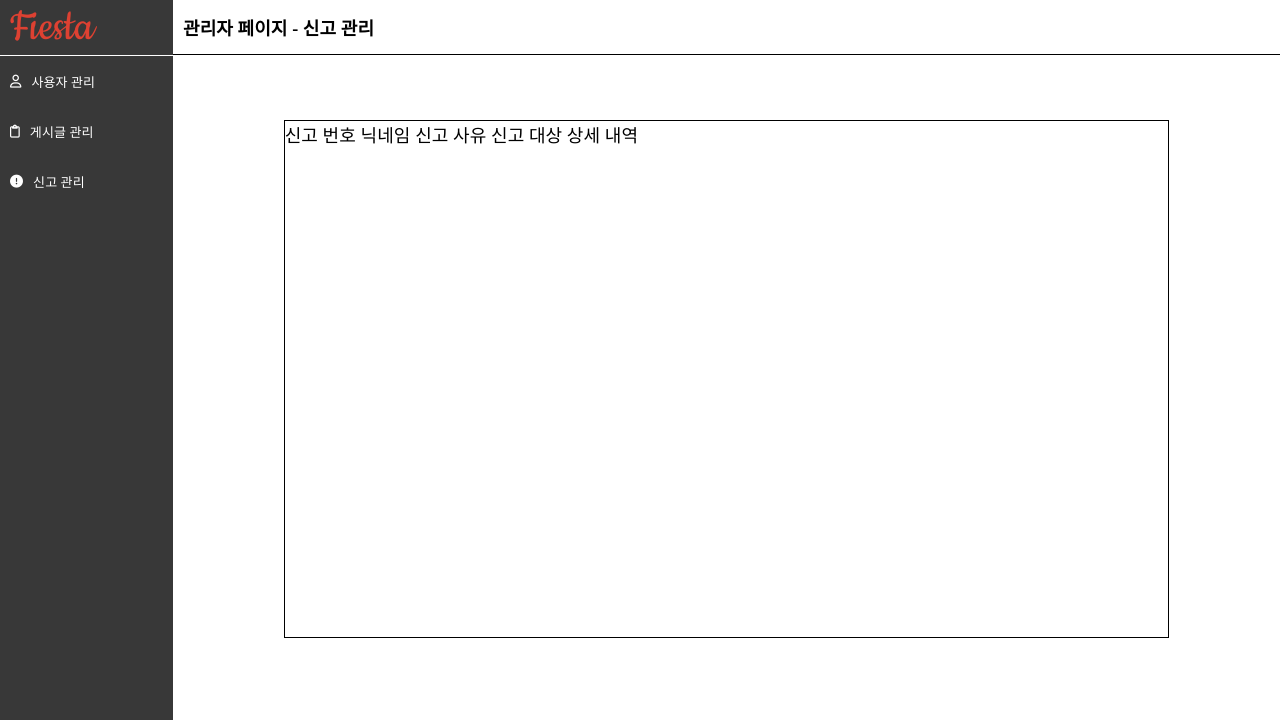
Repository: SNSFiestaTeam/Fiesta
Page: Fiesta/src/main/webapp/html/management/management-report.html
The author's editor kept a copy of each file at every save. The page is drawn from the files as they stood at one save, then again after the next save.
The browser window is 1280 px wide. The pictures show the whole page.
Some web fonts or font styles are not loaded; a fallback is used. Some web libraries are served in a nearby version.

Above is the page before, as saved 2022-12-06 12:18:05.

### Fiesta/src/main/webapp/html/management/management-report.html
<!DOCTYPE html>
<html lang="en">
<head>
  <meta charset="UTF-8">
  <meta http-equiv="X-UA-Compatible" content="IE=edge">
  <meta name="viewport" content="width=device-width, initial-scale=1.0">
  <link rel="stylesheet" href="../../resources/css/common-style.css">
  <link rel="stylesheet" href="../../resources/css/management/management.css">
  <script
      src="https://kit.fontawesome.com/591746f9e8.js"
      crossorigin="anonymous"
    ></script>
  <title>관리자페이지</title>
</head>
<body>
  <sidebar class="sidebar">
    <span class="title">Fiesta</span>
    <a href="#" class="bar-item button"><i class="fa-regular fa-user"></i> 사용자 관리</a>
    <a href="#" class="bar-item button"><i class="fa-regular fa-clipboard"></i>게시글 관리</a>
    <a href="#" class="bar-item button"><i class="fa-solid fa-circle-exclamation"></i>신고 관리</a>
  </sidebar>

  <main class ="management-container">

    <div class="management-title">
      <h1>관리자 페이지 - 신고 관리</h1>
    </div>

    <div class="management-content">
      <section class="report-container">
        <div class="row">
          <span>신고 번호</span>
          <span>닉네임</span>
          <span>신고 사유</span>
          <span>신고 대상</span>
          <span>상세 내역</span>
        </div>
      </section>
    </div>

  </main>


  <script src="/resources/js/management/management.js"></script>
</body>
</html>

### Fiesta/src/main/webapp/resources/css/common-style.css
@import url('https://fonts.googleapis.com/css2?family=Noto+Sans+KR:wght@100;300;400;500;700;900&display=swap');
@import url('https://fonts.googleapis.com/css2?family=Chewy&display=swap');
@import url('https://fonts.googleapis.com/css2?family=Leckerli+One&display=swap');
@import url('https://fonts.googleapis.com/css2?family=Cookie&display=swap');
@import './root-style.css';
@import url('https://fonts.googleapis.com/css2?family=Nanum+Gothic:wght@400;700;800&display=swap');
@import url('https://fonts.googleapis.com/css2?family=IBM+Plex+Sans+KR:wght@100;200;300;400;500&display=swap');

@font-face {
  font-family: 'NanumSquareNeo-Variable';
  src: url('https://cdn.jsdelivr.net/gh/projectnoonnu/noonfonts_11-01@1.0/NanumSquareNeo-Variable.woff2') format('woff2');
  font-weight: normal;
  font-style: normal;
}

@font-face {
  font-family: 'NanumBarunGothic';
  font-style: normal;
  font-weight: 400;
  src: url('//cdn.jsdelivr.net/font-nanumlight/1.0/NanumBarunGothicWeb.eot');
  src: url('//cdn.jsdelivr.net/font-nanumlight/1.0/NanumBarunGothicWeb.eot?#iefix') format('embedded-opentype'), url('//cdn.jsdelivr.net/font-nanumlight/1.0/NanumBarunGothicWeb.woff') format('woff'), url('//cdn.jsdelivr.net/font-nanumlight/1.0/NanumBarunGothicWeb.ttf') format('truetype');
 }

 @font-face {
  font-family: 'S-CoreDream-3Light';
  src: url('https://cdn.jsdelivr.net/gh/projectnoonnu/noonfonts_six@1.2/S-CoreDream-3Light.woff') format('woff');
  font-weight: normal;
  font-style: normal;
}

@font-face {
  font-family: 'SUIT-Regular';
  src: url('https://cdn.jsdelivr.net/gh/projectnoonnu/noonfonts_suit@1.0/SUIT-Regular.woff2') format('woff2');
  font-weight: normal;
  font-style: normal;
}
/* 전체 적용 스타일 */
* {
  margin: 0;
  padding: 0;
  box-sizing: border-box;
  list-style: none;
  /* font-family: 'Noto Sans KR', sans-serif; */
  /* font-family: 'Nanum Gothic', sans-serif; */
  /* font-family: 'IBM Plex Sans KR', sans-serif; */
  font-family: 'NanumSquareNeo-Variable';
  /* font-family: 'NanumBarunGothic'; */
  /* font-family: 'SUIT-Regular'; */
  letter-spacing: 0.1px;
}

a {
  text-decoration: none;
  color: black;
}

body {
  width: vw;
  font-size: 18px;
}

button {
  border: none;
  background-color: white;
}

footer {
  width: 100%;
  height: 134px;
  color: gray;
  font-size: var(--small-font-size);
  padding-bottom: 40px;

  display: flex;
  flex-direction: column;
  justify-content: space-around;
  align-items: center;
}

footer a {
  color: gray;
}

header {
  width: 100%;
  height: 60px;
  border-bottom: 1px solid #ccc;

  position: sticky;
  top: 0;
  background-color: white;

  display: flex;
  justify-content: center;
  z-index: 2;
}

header > section {
  width: 1000px;
  padding: 0 20px;

  display: flex;
  justify-content: space-between;
  align-items: center;
}

.logo-section a {
  font-family: 'Cookie', cursive;
  /* font-family: 'Chewy', cursive; */
  color: #dd4132;
  font-size: 50px;
  width: 120px;
  height: auto;
}

#logo {
  width: 120px;
  height: auto;
}

.search-section {
  width: 50%;

  display: flex;
  justify-content: center;
}

.search-section fieldset {
  height: 36px;
  width: 90%;
  background-color: --main-font-color;
  border: none;
  border-radius: 5px;

  display: flex;
  justify-content: center;
  align-items: center;
}

.search-section fieldset input {
  width: 200px;
}

#searchX {
  display: flex;
  justify-content: center;
  align-items: center;

  border-radius: 50%;

  display: none;
}

#searchX > i {
  background-color: #ccc;
  display: block;
  width: 15px;
  height: 15px;
  border-radius: 50%;
  font-size: 10px;

  display: flex;
  justify-content: center;
  align-items: center;
  color: white;
}

.search-section fieldset:focus-within > #search-glass {
  display: none;
}

.search-section fieldset:focus-within > #searchX {
  display: inline;
}

.search-section fieldset > input {
  height: 25px;
  border: none;
  outline: none;
  font-size: var(--madium-font-size);

  flex-basis: 80%;
}

.search-section fieldset > button {
  height: 25px;
  margin-right: 10px;
  font-size: 16px;
  color: var(--main-font-color);

  flex-basis: 10%;
}

nav {
  min-width: 300px;
}

nav > ul {
  font-size: var(--large-icon-size);

  display: flex;
  justify-content: space-between;
}

nav li {
  margin-left: 10px;
  flex-shrink: 0;

  text-align: center;
}

nav li > button {
  width: 100%;
  height: 100%;
  font-size: var(--large-icon-size);
}

nav li > button:active {
  color: var(--main-font-color);
}

nav li > a:active {
  color: var(--main-font-color);
}

nav i {
  flex-shrink: 0;
}

#searchBtn {
  display: none;
}

.toggle-search-section {
  display: none;
}

@media screen and (min-width: 1024px) {
  /* Desktop */
}

@media screen and (min-width: 471px) and (max-width: 1023px) {
  /* Tablet */
}

@media screen and (max-width: 780px) {
  .search-section > form {
    display: none;
  }

  #searchBtn {
    display: inline;
  }

  .toggle-search-section {
    width: 100vw;
    height: 80px;

    position: sticky;
    top: 60px;

    display: flex;
    justify-content: center;
    align-items: center;
    z-index: 40;
    display: none;
  }

  .toggle-search-section fieldset {
    height: 38px;
    width: 100%;
    background-color: #ffffff90;
    border: 1px solid #8e8e8e;
    border-radius: 5px;
    padding-left: 10px;

    display: flex;
    justify-content: center;
    align-items: center;
  }

  .toggle-search-section fieldset > input {
    height: 100%;
    width: 100%;
    border: none;
    outline: none;
    font-size: var(--madium-font-size);
    background-color: #ffffff00;

    flex-basis: 80%;
  }

  .toggle-search-section fieldset > button {
    height: 30px;
    margin-right: 10px;
    font-size: 16px;
    color: var(--fiesta-color);
    background-color: #ffffff00;

    flex-basis: 10%;
  }
}

@media screen and (max-width: 470px) {
  /* mobile */

  html {
    width: 100%;
  }

  body {
    width: vw;
  }

  footer {
    display: none;
  }

  #header-section {
    width: vw;
  }

  #newPost {
    width: 60px;
    height: 60px;
    border: 2px solid #8e8e8e;
    border-radius: 50%;
    background-color: white;
    display: flex;
    justify-content: center;
    align-items: center;

    font-size: 30px;

    position: fixed;
    bottom: 20px;
    right: 10px;
  }
}

#header-menu-toggle{
  display: none;
}

label[for='header-menu-toggle'] {
  cursor: pointer;
}

/* 체크박스 다음 div */
#toggle-menu{
  display: none;
}

/* 체크박스가 체크된 경우 다음 div */
#header-menu-toggle:checked + div{
  display: block;
}

.header-menu-parent{
  position: relative;
}

#toggle-menu{
  position: absolute;
  top: 30px;
  right: -10px;
  z-index: 500;
  width: 150px;
  height: 100px;
  background-color: white;
  box-shadow: 0px 0px 1px gray;
  border-radius: 6px;
}


#toggle-menu > a{
  display: flex;
  height: 50%;
  justify-content: center;
  align-items: center;
  font-size: 14px;
  font-weight: bold;
}

#toggle-menu > a:first-child{
  border-bottom: 1px solid #ccc;
}

### Fiesta/src/main/webapp/resources/css/management/management.css
@import '../root-style.css';

@font-face {
  font-family: 'NanumSquareNeo-Variable';
  src: url('https://cdn.jsdelivr.net/gh/projectnoonnu/noonfonts_11-01@1.0/NanumSquareNeo-Variable.woff2') format('woff2');
  font-weight: normal;
  font-style: normal;
}

* {
  font-family: 'NanumSquareNeo-Variable';
}

body {
  display: flex;
  width: 100%;
  height: 100vh;

  overflow-y: hidden;
}

/* 사이드 바 */
.sidebar{
  flex-grow: 0;
  width: 200px;
  height: 100%;
  background-color: rgb(56, 56, 56);
  color: white;

  display: flex;
  flex-direction: column;


  font-size: 13px;
}


.title {
  font-size: 50px;
  color: var(--fiesta-color);
  font-family: 'Cookie', cursive;
  border-bottom: 1px solid white;
  padding-left: 10px;
}

.button {
  color: white;
  width: 100%;
  height: 50px;

  display: flex;
  align-items: center;

  padding-left: 10px;
}

.button > *{
  margin-right: 10px;
}


.button:hover {
  background-color: white;
  color: black;
}

.management-container {
  width: 100%;
  height: 100%;

}

/* 관리자 페이지 타이틀 */
.management-title{
  display: flex;
  align-items: center;

  height: 55px;
  font-size: 9px;

  border-bottom: 1px solid black;
  padding-left: 10px

}

/* 관리자 페이지 내용 */
.management-content {
  height: 90%;
  display: flex;
  justify-content: center;
  align-items: center;

  overflow-y: scroll;
}

.report-container {
  border: 1px solid black;

  width: 80%;
  height: 80%;
}

### Fiesta/src/main/webapp/resources/js/management/management.js


function w3_open() {
  document.getElementById("mySidebar").style.display = "block";
}

function w3_close() {
  document.getElementById("mySidebar").style.display = "none";
}

### Fiesta/src/main/webapp/resources/css/root-style.css
/* 루트 함수
공동으로 사용할 스타일을 미리 지정해놓고 사용 가능
스타일 지정시 지정할 스타일: 루트 함수명 으로 사용 가능
--만 타이핑 하면 자동완성 리스트가 뜨고
선택하면 var()함수까지 자동완성됨 */
:root {
  --background-color: white;
  --main-font-color: #8e8e8e;
  --icon-button-color: #262626;
  --point-font-color: #0095f6;
  --mention-font-color: #00376b;
  --fiesta-color: #dd4132;
  --small-font-size: 12px;
  --main-font-size: 13px;
  --medium-font-size: 16px;
  --large-icon-size: 24px;
}

After the next save:
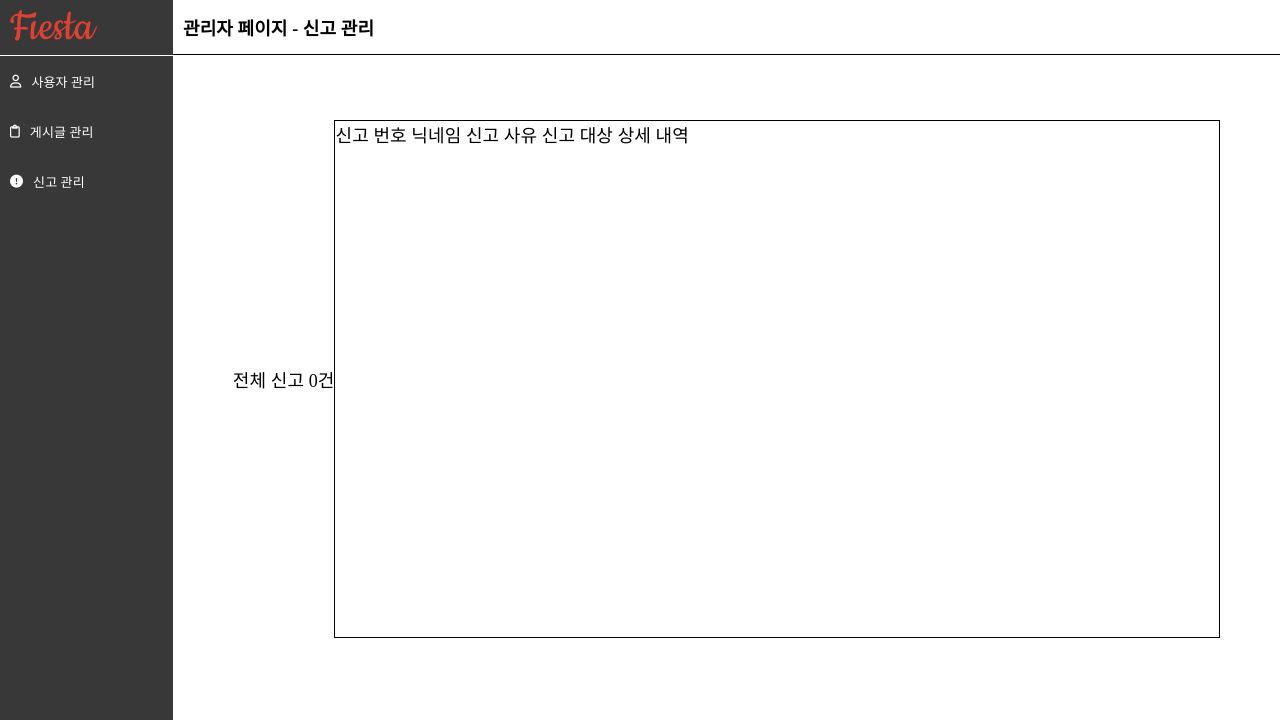
Saved 30 s later.
--- a/Fiesta/src/main/webapp/html/management/management-report.html
+++ b/Fiesta/src/main/webapp/html/management/management-report.html
@@ -27,6 +27,7 @@
     </div>
 
     <div class="management-content">
+      <span>전체 신고 0건</span>
       <section class="report-container">
         <div class="row">
           <span>신고 번호</span>
